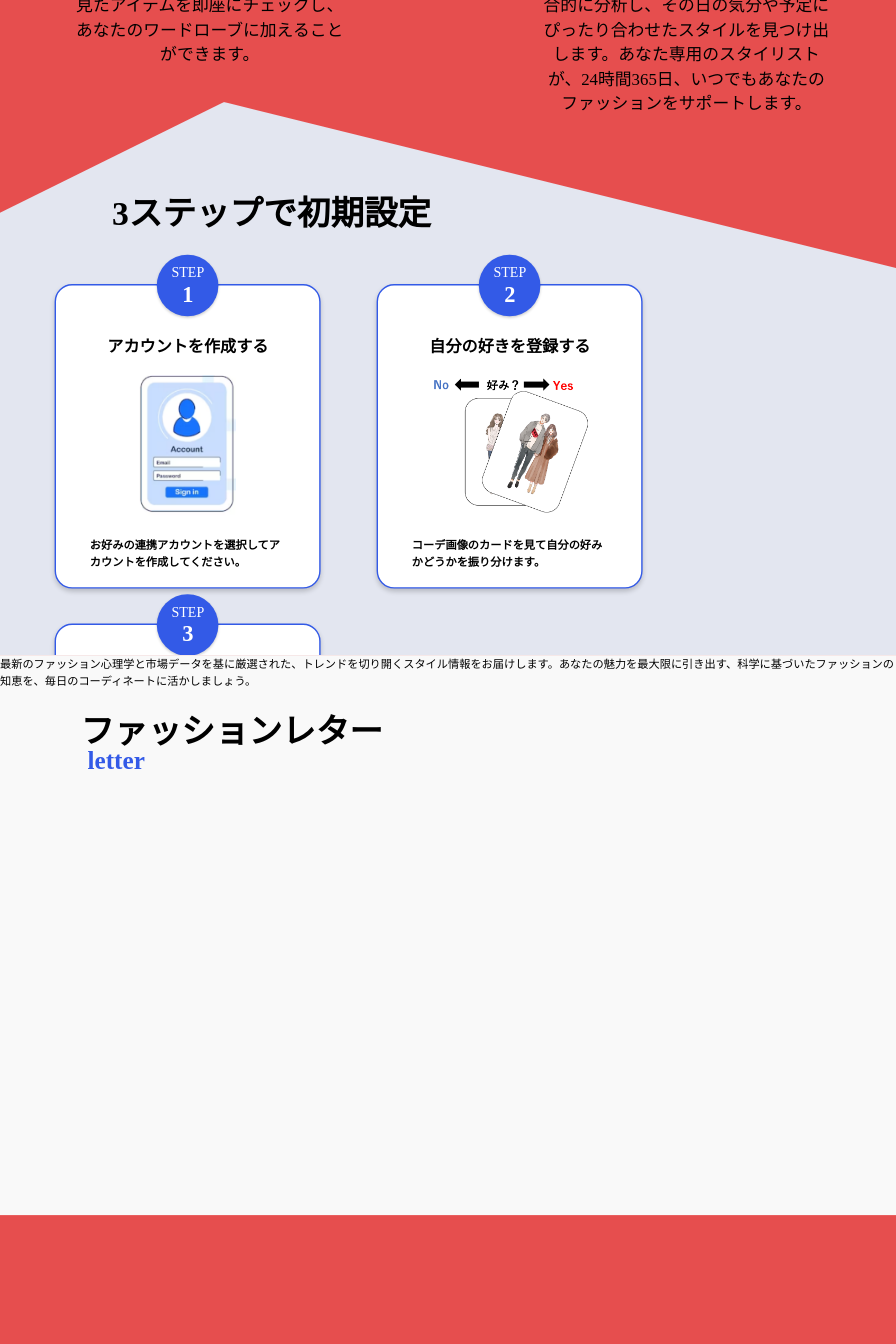
Repository: Yoshiki0418/yahoo.hack
Page: welcome.html
The author's editor kept a copy of each file at every save. The page is drawn from the files as they stood at one save, then again after the next save.
The browser window is 1280 px wide. The pictures show the part of the page from y = 3027 to 4947 px (the page is 5407 px tall), at 70% of full size.

Above is the page before, as saved 2024-02-10 00:02:11.

### welcome.html
<!DOCTYPE html>
<html lang="ja">
<head>
    <meta charset="UTF-8">
    <meta name="viewport" content="width=device-width, initial-scale=1.0">
    <link rel="stylesheet" type="text/css" href="static/css/welcome.css">
    <title>Document</title>
</head>
<body>
    <hedaer>
        <nav>
            <div class="head_block">
                <li><a><img src="static/image/logo.png" class="logo_pic"></a></li>
                <div class="login-button">
                    <a href="/login">ログイン</a>
                </div>
             </div>
          </nav>
    </hedaer>
    <main>
        <!--スライドショー-->
        <div id="mainimg">
            <div class="slide" style="background-image: url('static/image/image 2.png');"></div>
            <div class="slide" style="background-image: url('static/image/slide_1.webp');"></div>
            <h1>Fashion <br>
                　　starts in the<br>
                　 Cloudrobe.</h1>
            <div class="sinup-button">
                <a href="/sinup">さっそくはじめる</a>
             </div>
        </div>
        <div class="fast_section">
            <p class="point_ja">つながりを紡ぎ、驚きを編む。<br>クリック一つで始まる物語</p>
            <p class="point_en">Weaving connections and weaving surprises.<br>
                A story that starts with a click</p>
            <div class="good_points">
            </div>
            <h2>全てのシチュエーションに完璧な一着</h2>
            <div class="situation_block">
                <div class="pair">
                    <img src="static/image/situation1.png" class="situation_pic">
                    <h4>デート</h4>
                </div>
                <div class="pair">
                    <img src="static/image/situation2.png" class="situation_pic">
                    <h4>ショッピング</h4>
                </div>
                <div class="pair">
                    <img src="static/image/situation3.png" class="situation_pic">
                    <h4>アウトドア</h4>
                </div>
            </div>
        </div>
        <div class="advertisement">
            <div class="block">
                <img src="static/image/adv.png" class="adv_pic">
                <div class="right_block">
                    <h2>  今話題の<br>
                        『骨格スタイル診断』を<br>
                          無料で体験！
                        </h2>
                        <button class="custom-button">あなたの商品をチェック</button>
                </div>
            </div>
        </div>
        <div class="info_section">
            <h2>Cloudrobeの特徴</h2>
            <div class="features">
                <div class="features_block1">
                    <img src="static/image/feature.png" class="feature_pic">
                    <h4>ウェアウォッチ</h4>
                    <p>流行の最前線を体感し、あなたに<br>
                        ぴったりのアイテムを発見。動画で<br>
                        見たアイテムを即座にチェックし、<br>
                        あなたのワードローブに加えること<br>ができます。</p>
                </div>
                <div class="features_block2">
                    <img src="static/image/feature.png" class="feature_pic">
                    <h4>AIコーディネート</h4>
                    <p>毎日のコーディネート選びに革命を。<br>
                        季節感、トレンド、あなたの好みを総<br>
                        合的に分析し、その日の気分や予定に<br>
                        ぴったり合わせたスタイルを見つけ出<br>
                        します。あなた専用のスタイリスト<br>
                        が、24時間365日、いつでもあなたの<br>
                        ファッションをサポートします。</p>
                </div>
            </div>
            <div class="shape">
                <h2>3ステップで初期設定</h2>
                <div class="step_block">
                    <div class="step-container">
                        <div class="step-circle">STEP<h4>1</h4></div>
                        <div class="step-box"></div>
                        <h3>アカウントを作成する</h3>
                        <img src="static/image/step1.png" class="step1_pic">
                        <p>お好みの連携アカウントを選択してアカウントを作成してください。</p>
                    </div>
                    <div class="step-container">
                        <div class="step-circle">STEP<h4>2</h4></div>
                        <div class="step-box"></div>
                        <h3>自分の好きを登録する</h3>
                        <img src="static/image/step2.png" class="step1_pic">
                        <p>コーデ画像のカードを見て自分の好みかどうかを振り分けます。</p>
                    </div>
                    <div class="step-container">
                        <div class="step-circle">STEP<h4>3</h4></div>
                        <div class="step-box"></div>
                        <h3>クローゼットを登録</h3>
                        <img src="static/image/step3.png" class="step1_pic">
                        <p>お持ちの服・靴などを撮影して、Myクローゼットに登録する。</p>
                    </div>
                </div>
            </div>
            <div class="article_section">
                <h2>ファッションレター</h2>
                <h3>letter</h3>
                <p>最新のファッション心理学と市場データを基に厳選された、トレンドを切り開くスタイル情報をお届けします。あなたの魅力を最大限に引き出す、科学に基づいたファッションの知恵を、毎日のコーディネートに活かしましょう。</p>

            </div>

        </div>

    </main>
    <script src="script.js"></script>

</body>
</html>

### static/css/welcome.css
* {
    margin: 0;
    padding: 0;
    box-sizing: border-box;
}

/* ナビゲーションのスタイル設定 */
nav {
    width: 100%;
    background-color: #17191C;
    height: 62px;
    display: flex;
    z-index: 10; /* ナビゲーションのz-indexを設定 */
    position: relative; /* z-indexを効果的にするために必要 */
}

.logo_pic {
    margin-top: 5px;
    margin-left: 8px;
    height: 51px;
}

.head_block {
    width: 100%;
    display: flex;
    flex-wrap: wrap;
    position: relative;
}

.mainimg{
    width: 100vw;
    overflow: hidden; /* 横方向の内容がはみ出た場合に非表示にする */
    height: 100%;
}

/* ログインボタンのスタイル */
.login-button a {
    display: inline-block;
    background-color: #000; /* ボタンの背景色 */
    color: white;
    padding: 10px 20px;
    border: 2px solid #fff; /* ボタンの境界線 */
    border-radius: 20px; /* 角の丸み */
    text-decoration: none;
    font-weight: bold;
    z-index: 10; /* ボタンのz-indexを設定 */
}

.login-button a:hover {
    background-color: #555; /* ホバー時の背景色 */
}

.login-button {
    position: absolute;
    right: 10%;
    margin-top: 7px;
    z-index: 10; /* ボタンのz-indexを設定 */
}

#slideshow {
    position: relative;
    max-height: 790px; /* 最大高さを指定 */
    width: 100vw; /* 画面幅全体 */
    overflow-x: hidden; /* 横方向の内容がはみ出た場合に非表示にする */
    z-index: 1; /* スライドショーのz-indexを低く設定 */
}

.slide {
    position: absolute;
    width: 100%;
    height: 100%;
    background-size: cover;
    background-position: center;
    opacity: 0; /* 最初はすべてのスライドを非表示にする */
    transition: opacity 1s; /* 透明度の変化にトランジション効果を追加 */
    animation: zoomOut 10s infinite;
    margin-top: -62px;
}

#mainimg h1 {
    position: absolute;
    font-size: 70px;
    top: 75%;
    left: 15%;
    transform: translate(-50%, -50%);
    z-index: 2; /* スライド上のテキストを前面に表示 */
    color: white; /* テキストの色 */
    text-align: center; /* テキストを中央揃え */
    text-shadow: 2px 2px 4px rgba(4, 4, 4, 4);
}

@keyframes zoomOut {
    0%, 100% {
        transform: scale(1); /* 100%に保つ */
    }
    50% {
        transform: scale(1); /* 100%より大きくしない */
    }
}

.sinup-button a{
    display: inline-block;
    font-size: 20px;
    background-color: #00000000; /* ボタンの背景色 */
    color: white;
    padding: 10px 20px;
    border: 2px solid #fff; /* ボタンの境界線 */
    border-radius: 40px; /* 角の丸み */
    text-decoration: none;
    font-weight: bold;
    z-index: 10; /* ボタンのz-indexを設定 */
}

.sinup-button {
    position: absolute;
    right: 14%;
    top: 80%;
    z-index: 10; /* ボタンのz-indexを設定 */
}

.sinup-button a:hover {
    background-color: #ffffffa4; /* ホバー時の背景色 */
    color: #000;
}

.fast_section{
    width: 100%;
    height: 955px;
    background-color: #202131;
    display: flex;
    flex-wrap: wrap;
    position: relative;
    top: 770px; /* スライドショーとの間に隙間がないように微調整 */
    z-index: 2; /* スライドショーの上に表示 */
    padding-top: 5px; /* 必要に応じて調整 */
}

.point_ja{
    position: absolute;
    margin-top: 100px;
    color: #EEE6FF;
    right: 12%;
    z-index: 18;
    font-size: 32px;
}

.point_en{
    position: absolute;
    margin-top: 210px;
    color: #EEE6FF;
    right: 9%;
    z-index: 18;
    font-size: 15px;
}

.good_points{
    position: absolute;
    width: 94%;
    height: 640px;
    background-color: #E3E6F0;
    bottom: 0%;
    right: 0%;
    border-radius: 20px 0px 0px 0px; /* 角の丸み */
}

.fast_section h2{
    position: absolute;
    width: 700px;
    top: 400px;
    left: 50%;
    transform: translate(-50%, -50%);
    font-size: 40px;
}

.situation_block{
    display: flex;
    position: absolute;
    top: 655px;
    height: 330px;
    margin-right: 10%;
    left: 50%;
    transform: translate(-50%, -50%);
}

.situation_pic{
    width: 330px;
    height: 330px;
    margin-right: 45px;
    margin-left: 45px;
}

@media (max-width: 1070px) {
    .situation_pic {
        width: 200px; /* サイズを小さく調整 */
        height: 200px; /* サイズを小さく調整 */
        margin-right: 35px;
        margin-left: 35px;
    }
}

.pair {
    display: flex; /* フレックスコンテナとして設定 */
    flex-direction: column; /* 子要素を縦方向に並べる */
    align-items: center; /* 子要素を水平方向の中央に揃える */
    text-align: center; /* テキストを中央揃え */
}

.pair h4{
    margin-top: 20px;
    font-size: 26px;
}

.advertisement{
    position: relative;
    top: 770px;
    width: 100%;
    height: 537px;
    background-color: #C5D0F7;
}

.adv_pic{
    width: 440px;
    top: 140px;
    left: 17%;
}



.advertisement h2{
    font-size: 48px;
    top: 140px;
    color: #335AE7;
}

.block{
    position: absolute;
    display: flex;
    flex-wrap: wrap;
    height: 310px;
    left: 17%;
    top: 136px;
}

.custom-button {
    background-color: #335AE7; /* ボタンの背景色 */
    color: white; /* テキスト色 */
    padding: 10px 20px; /* パディング */
    border: none; /* 境界線なし */
    border-radius: 40px; /* 角の丸み */
    font-size: 24px; /* フォントサイズ */
    font-weight: bold; /* フォントの太さ */
    text-decoration: none; /* テキストの下線を消す */
    cursor: pointer; /* カーソルをポインターに */
    box-shadow: 0 4px 8px rgba(0, 0, 0, 0.2); /* 影を付ける */
    transition: background-color 0.3s, box-shadow 0.3s; /* 色と影のトランジションを設定 */
    width: 330px;
    height: 66px;
    margin-top: 50px;
}

.custom-button:hover {
    background-color: #5A7BD8; /* ホバー時の背景色 */
    box-shadow: 0 6px 12px rgba(0, 0, 0, 0.3); /* ホバー時の影を大きくする */
}

.custom-button:focus {
    outline: none; /* ボタンがフォーカスされたときのアウトラインを消す */
}

.right_block{
    margin-left: 125px;
}

.info_section{
    width: 100%;
    height: 3084px;
    top: 769px;
    position: relative;
    background-color: #e64e4e;
}

.info_section h2{
    position: absolute;
    font-size: 48px;
    top: 70px;
    left: 115px;
}

.features_block1 {
    display: flex; /* Flexboxを有効化 */
    flex-direction: column; /* 子要素を縦方向に並べる */
    align-items: center; /* 子要素を水平方向の中央に揃える */
    text-align: center; /* テキストを中央揃え */
    margin-right: 178px;
}

.features{
    position: relative;
    top: 180px;
    display: flex;
    display: flex; /* Flexboxを有効化 */
    justify-content: center; /* 水平方向の中央に揃える */
    flex-wrap: wrap; /* コンテンツが多い場合は折り返し */
    text-align: center; /* テキストを中央揃え */
}

.feature_pic {
    /* 画像のスタイル設定があればここに追加 */
    /* 例: width: 100%; max-width: 560px; など */
}

.features_block1 h4 {
    /* h4のスタイル設定があればここに追加 */
    margin-top: 20px; /* 画像との間隔を設定 */
    font-size: 34px;
}

.features_block1 p {
    max-width: 560px; /* 最大横幅を560pxに設定 */
    margin-top: 10px; /* h4タグとの間隔を設定 */
    font-size: 24px;
}

.features_block2 {
    display: flex; /* Flexboxを有効化 */
    flex-direction: column; /* 子要素を縦方向に並べる */
    align-items: center; /* 子要素を水平方向の中央に揃える */
    text-align: center; /* テキストを中央揃え */
}

.features_block2 h4 {
    /* h4のスタイル設定があればここに追加 */
    margin-top: 20px; /* 画像との間隔を設定 */
    font-size: 34px;
}

.features_block2 p {
    max-width: 560px; /* 最大横幅を560pxに設定 */
    margin-top: 10px; /* h4タグとの間隔を設定 */
    font-size: 24px;
}


.shape {
    position: absolute;
    top: 850px;
    width: 100%;
    height: 790px; /* 必要な高さ */
    background-color: #E3E6F0; /* 背景色 */
    clip-path: polygon(0 100%, 100% 100%, 100% 30%, 25% 0, 0 20%);
}

.shape h2{
    top: 120px;
    left: 160px;
    position: absolute;
}

.step-container {
    position: relative; /* 子要素の絶対位置の基準にする */
    padding-top: 50px; /* 円の半分のスペースを確保 */
  }

  .step-circle {
    position: absolute;
    top: 8px; /* 円の半分の高さだけ上に移動 */
    left: 50%;
    transform: translateX(-50%); /* 円を中央に配置 */
    width: 88px; /* 円の幅 */
    height: 88px; /* 円の高さ */
    background-color: #335AE7;
    color: white;
    border-radius: 50%; /* 円形にする */
    text-align: center;
    line-height: 50px; /* テキストを垂直中央に配置 */
    font-size: 20px; /* テキストのサイズ調整 */
    box-shadow: 0 2px 4px rgba(0, 0, 0, 0.2); /* 影をつける */
  }

  .step-box {
    width: 380px; /* 枠の幅 */
    height: 435px; /* 枠の高さ */
    background-color: #ffffff; /* 背景色 */
    border-radius: 25px; /* 角の丸み */
    border: 2px solid #335AE7; /* 枠線の色 */
    box-shadow: 0 4px 8px rgba(0, 0, 0, 0.2); /* 影をつける */
    margin-right: 40px;
    margin-left: 40px;
  }

.step_block{
    position: absolute;
    top: 210px;
    display: flex;
    flex-wrap: wrap;
    left: 3%;
}

.step-container h4{
    font-size: 32px;
    position: absolute;
    left: 50%;
    top: 35%;
    transform: translateX(-50%); /* 円を中央に配置 */
}

.step-container h3{
    font-size: 23px;
    position: absolute;
    left: 50%;
    top: 120px;
    transform: translateX(-50%); /* 円を中央に配置 */
    font-weight: bold; /* フォントの太さ */
}

.step1_pic{
    position: absolute;
    top: 180px;
    left: 50%;
    transform: translateX(-50%); /* 円を中央に配置 */
    height: 200px;
}

.step-container p{
    font-size: 16px;
    position: absolute;
    left: 50%;
    top: 410px;
    transform: translateX(-50%); /* 円を中央に配置 */
    font-weight: bold; /* フォントの太さ */
    width: 280px;
}

.article_section{
    position: absolute;
    top: 1640px;
    width: 100%;
    height: 800px;
    background-color: #F9F9F9;
}

.article_section h2{
    position: absolute;
    font-size: 48px;
    top: 70px;
    left: 115px;
}

.article_section h3{
    position: absolute;
    font-size: 36px;
    top: 130px;
    left: 125px;
    color: #335AE7;
}



































@media (max-width: 1240px) {
    .situation_pic {
        width: 250px; /* サイズを小さく調整 */
        height: 250px; /* サイズを小さく調整 */
        margin-right: 40px;
        margin-left: 40px;
    }

    .advertisement h2 {
        font-size: 38px;
        top: 140px;
        color: #335AE7;
    }

    .custom-button {
        /* 必要に応じてサイズ調整 */
        width: 300px;
        height: 60px;
        font-size: 20px; /* フォントサイズ */
    }

    .block {
        /* フレックスコンテナのスタイリング */
        position: absolute;
        display: flex;
        flex-wrap: wrap;
        height: 310px;
        left: 12%;
        top: 136px;
    }

    .right_block {
        margin-left: 80px;
    }
}

### script.js
let slides = document.querySelectorAll('.slide');
let currentSlide = 0;

function changeSlide() {
  // すべてのスライドを非表示にする
  for (let slide of slides) {
    slide.style.opacity = 0;
  }

  // 現在のスライドを表示する
  slides[currentSlide].style.opacity = 1;

  // 次のスライドに移動、もし最後なら最初に戻る
  currentSlide = (currentSlide + 1) % slides.length;
}

// 最初のスライドを表示
changeSlide();

// 5秒ごとにスライドを切り替える
setInterval(changeSlide, 5000);

After the next save:
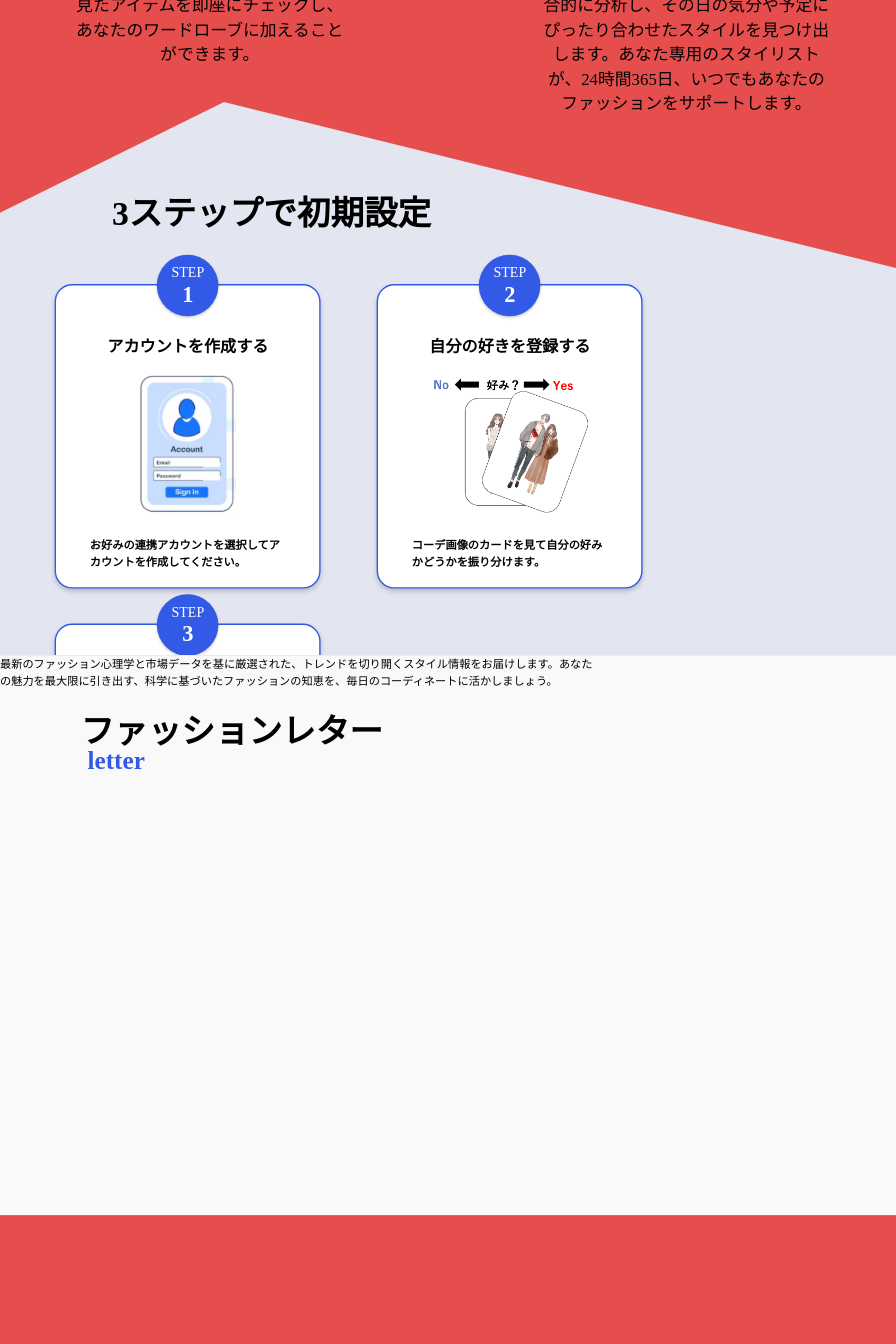
Saved 21 s later.
--- a/welcome.html
+++ b/welcome.html
@@ -115,7 +115,7 @@
             <div class="article_section">
                 <h2>ファッションレター</h2>
                 <h3>letter</h3>
-                <p>最新のファッション心理学と市場データを基に厳選された、トレンドを切り開くスタイル情報をお届けします。あなたの魅力を最大限に引き出す、科学に基づいたファッションの知恵を、毎日のコーディネートに活かしましょう。</p>
+                <p>最新のファッション心理学と市場データを基に厳選された、トレンドを切り開くスタイル情報をお届けします。あなた<br>の魅力を最大限に引き出す、科学に基づいたファッションの知恵を、毎日のコーディネートに活かしましょう。</p>
 
             </div>
 
